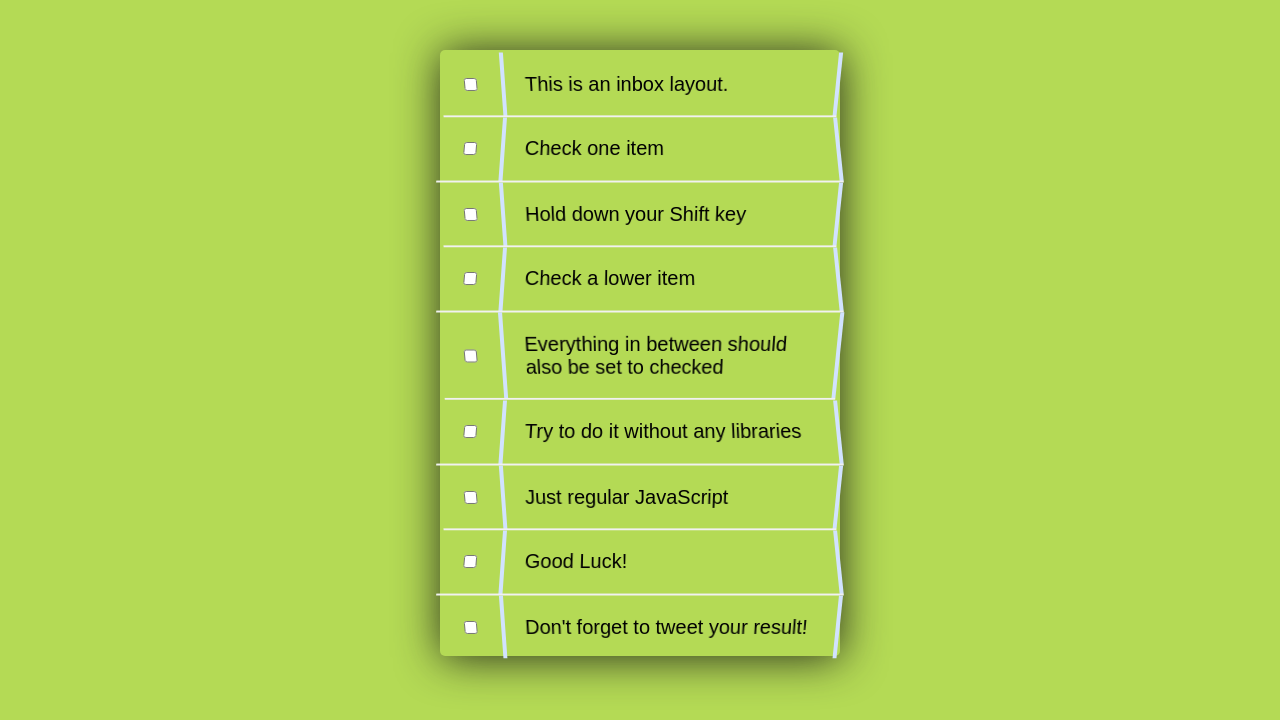
Repository: Freezler/Shift-Select-Checkboxes
Page: index.html
The author's editor kept a copy of each file at every save. The page is drawn from the files as they stood at one save, then again after the next save.
The browser window is 1280 px wide. The pictures show the whole page.

Above is the page before, as saved 2024-09-07 21:54:30.

After the next save:
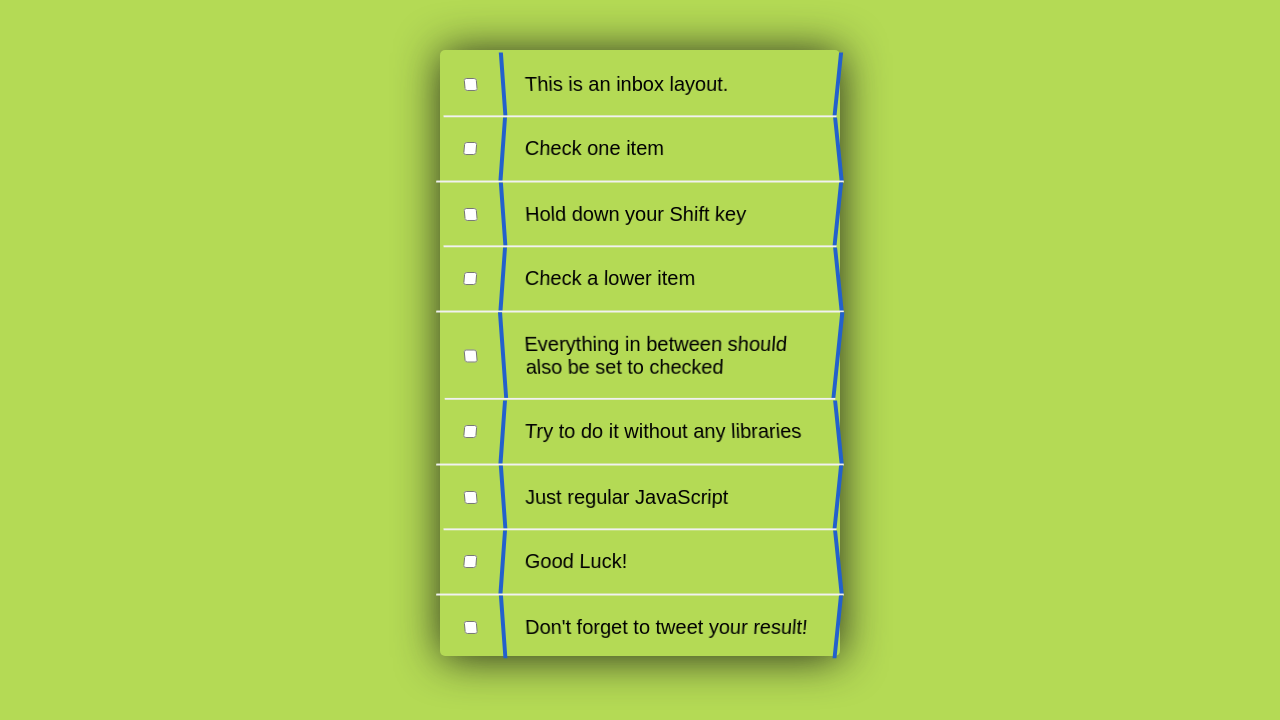
Saved 43 s later.
--- a/index.html
+++ b/index.html
@@ -76,7 +76,7 @@
 
       font-size: 20px;
       font-weight: 200;
-      border-inline: 4px solid #D1E2FF;
+      border-inline: 4px solid #2361cc;
     }
   </style>
   <!--  The following is a common layout you would see in an email client.
